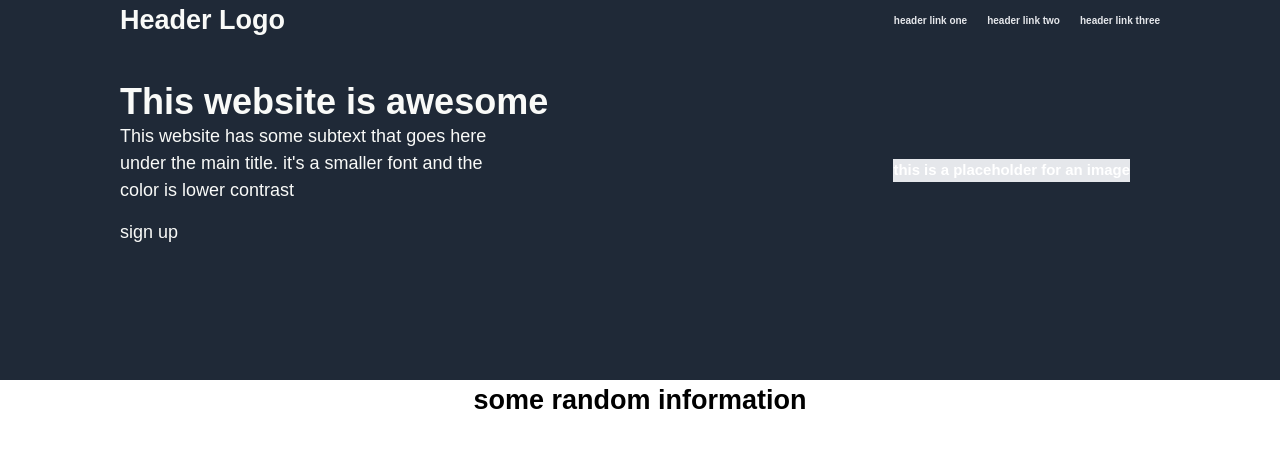
Repository: Grace561/css-exercises
Page: index.html
These files come from the project's save history. The page is drawn as it stood at one moment and after the next save; the edit follows.
The browser window is 1280 px wide. The pictures show the whole page.

Above is the page before, as saved 2025-04-18 02:25:43.

After the next save:
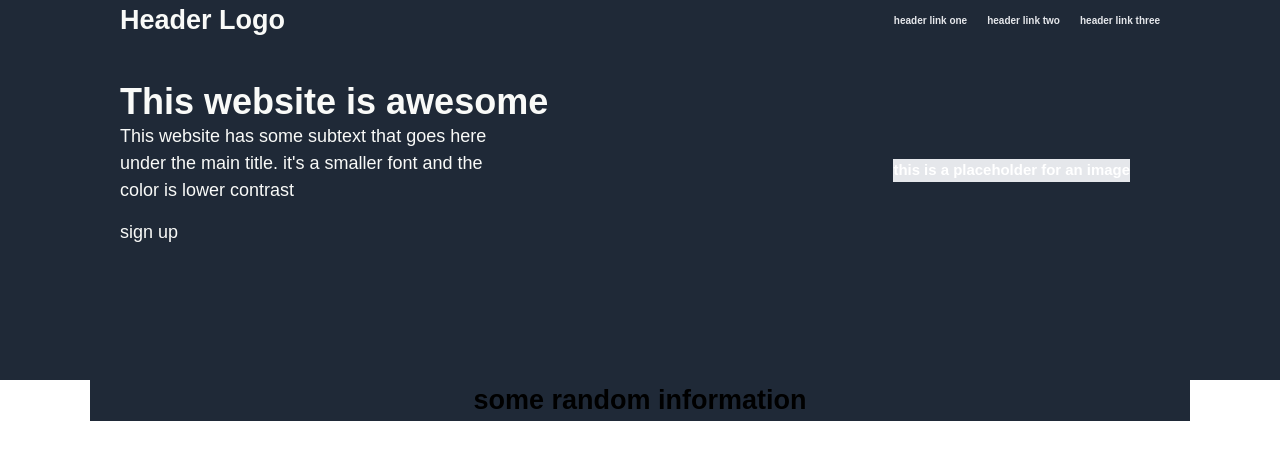
Saved 5 s later.
--- a/style.css
+++ b/style.css
@@ -89,6 +89,6 @@
     display: flex;
     font-weight: 900;
     justify-content: center;
-    background:#1f
+    background:#1f2937
 
 }

After the 2 saves that followed:
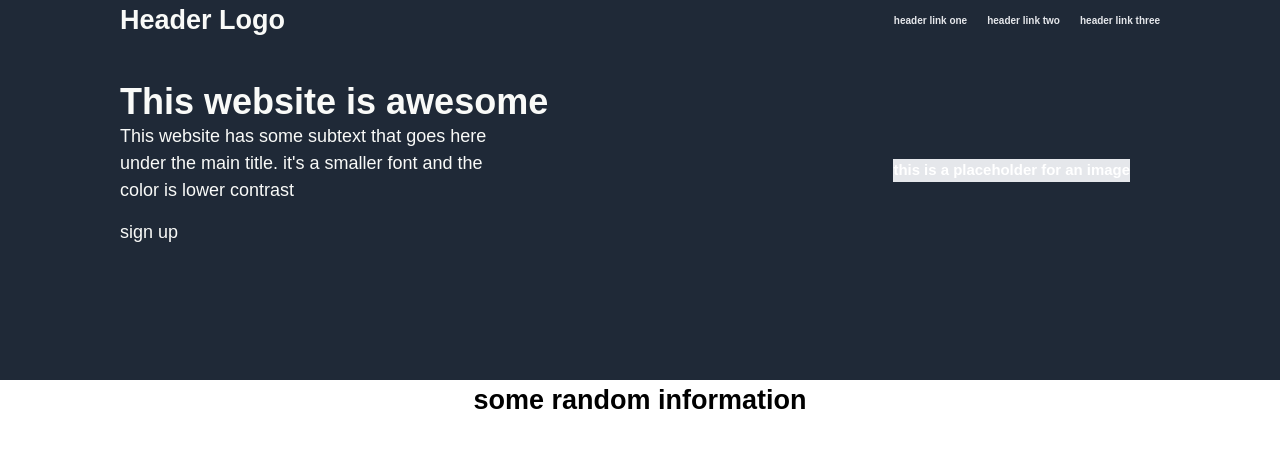
The 2 saves are shown as one change because they came seconds apart.
The last was saved 36 s later.
--- a/style.css
+++ b/style.css
@@ -89,6 +89,6 @@
     display: flex;
     font-weight: 900;
     justify-content: center;
-    background:#1f2937
+    background
 
 }
